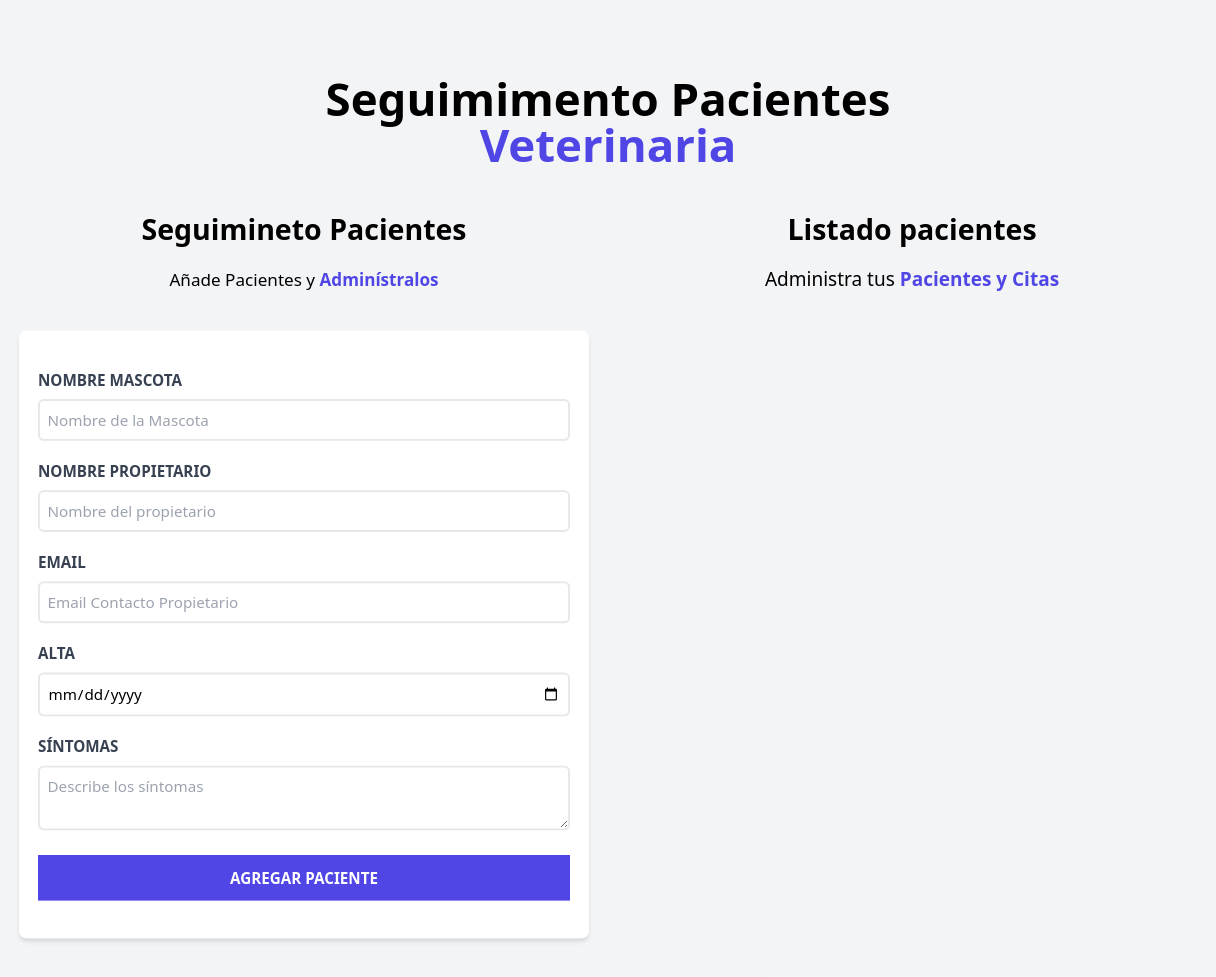
Repository: rlaureano/citas_react
Page: /
These files come from the project's save history. The page is drawn as it stood at one moment and after the next save; the edit follows.
The browser window is 1280 px wide. The pictures show the whole page, at 95% of full size.
The project was rebuilt for these pictures with package versions that can differ from the ones it lists, and the page was loaded fresh each time. Also part of the build but not shown: vite.config.js, src/components/Paciente.jsx.

Above is the page before, as saved 2022-01-13 22:31:58.

After the next save:
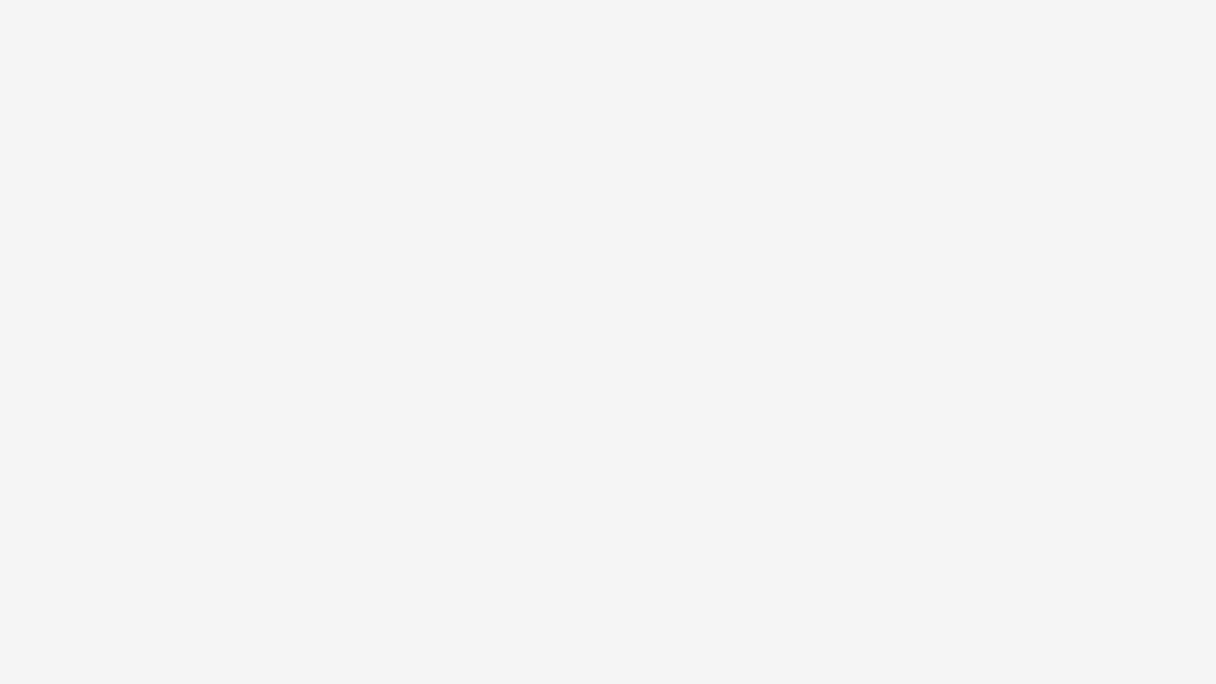
Console error: ReferenceError: propss is not defined
Saved 6 s later.
--- a/src/components/ListadoPacientes.jsx
+++ b/src/components/ListadoPacientes.jsx
@@ -3,7 +3,7 @@
 
 
 const ListadoPacientes = (props) => {
-  console.log(props.numero);
+  console.log(propss);
   // const numeroPacientes = () => {
 
   //   let paciente = '';

After the save that followed:
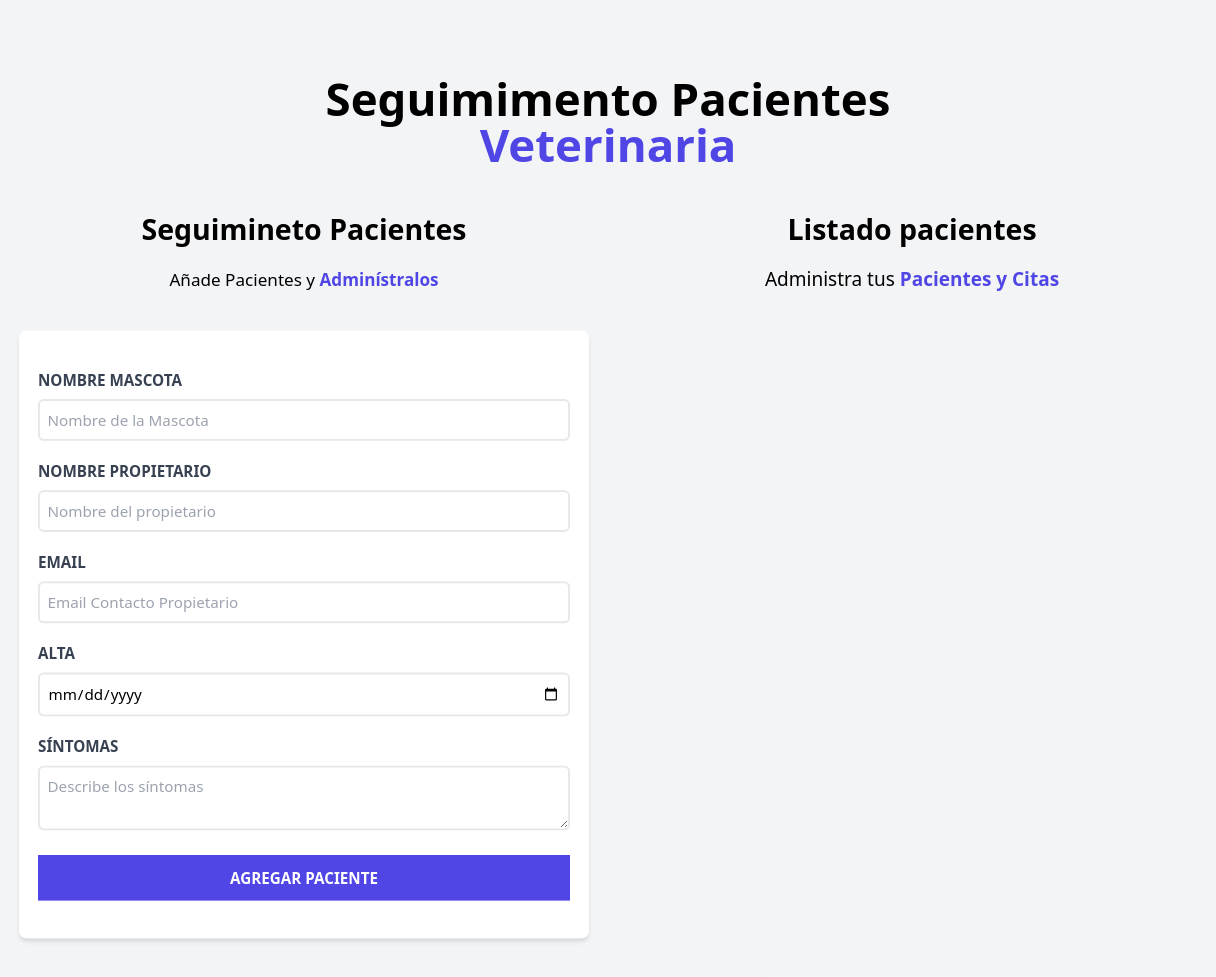
The error is gone.
Saved 11 s later.
--- a/src/components/ListadoPacientes.jsx
+++ b/src/components/ListadoPacientes.jsx
@@ -3,7 +3,7 @@
 
 
 const ListadoPacientes = (props) => {
-  console.log(propss);
+  console.log(props);
   // const numeroPacientes = () => {
 
   //   let paciente = '';
